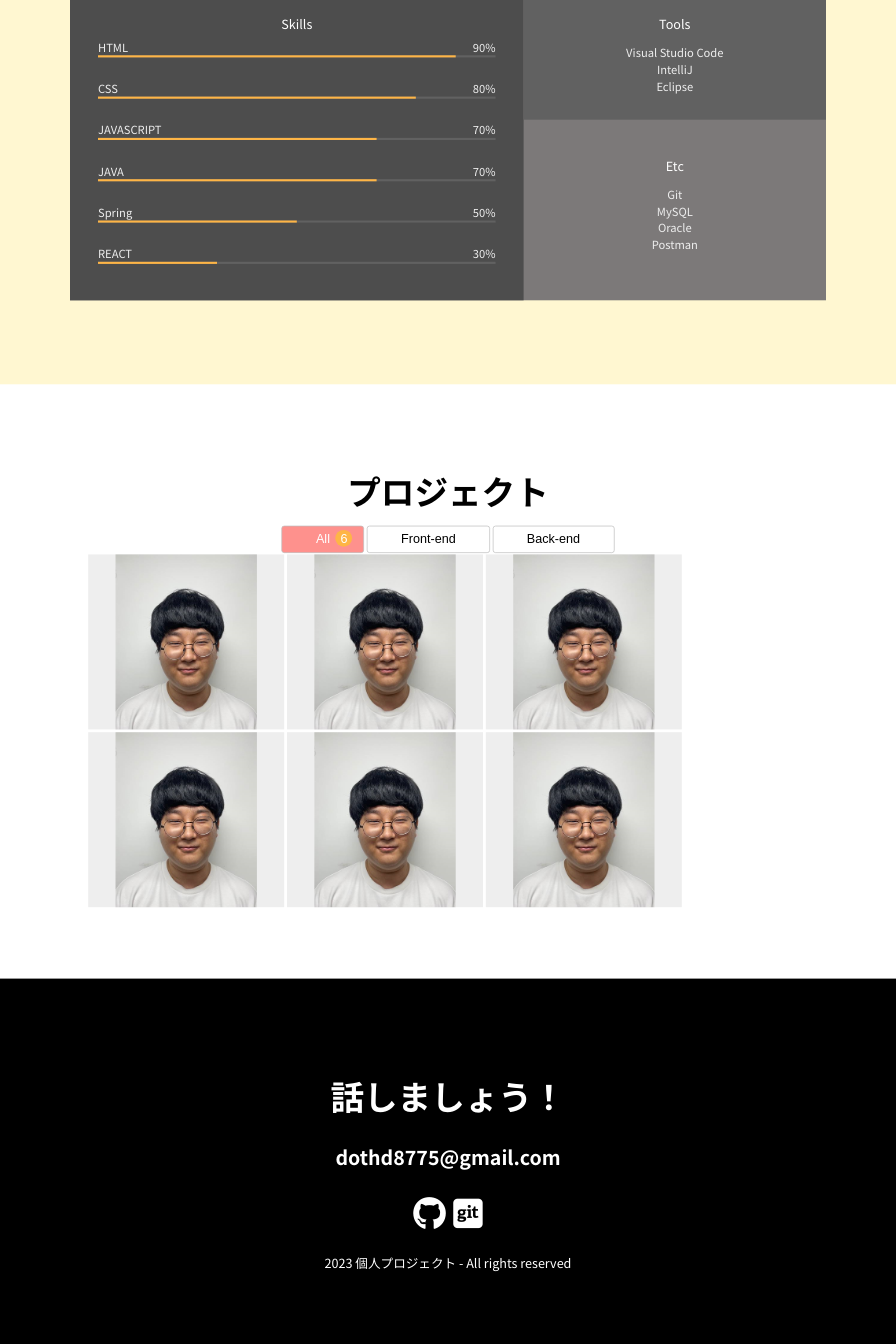
Repository: N1C0N1C0/website_introduction
Page: index.html
An editor plug-in stored every save of this project. The page is shown before and after the next save, followed by the edit.
The browser window is 1280 px wide. The pictures show the part of the page from y = 1860 to 3780 px (the page is 3780 px tall), at 70% of full size.
Some web libraries are served in a nearby version.

Above is the page before, as saved 2023-08-29 03:23:08.

After the next save:
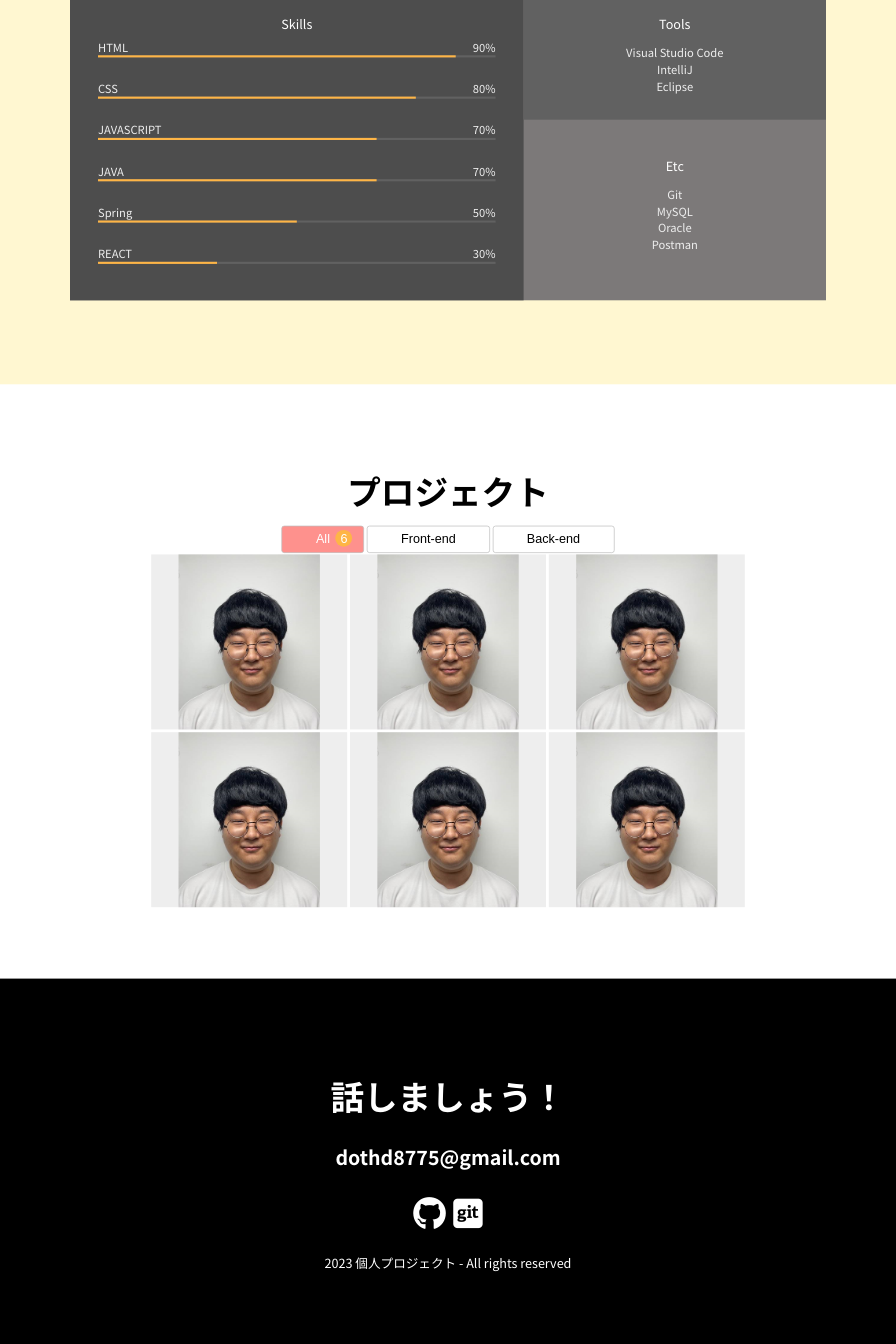
Saved 8 s later.
--- a/style.css
+++ b/style.css
@@ -348,7 +348,6 @@ p {
 }
 
 .work__projects {
-    width: 900px;
     display: flex;
     flex-wrap: wrap;
     justify-content: center;
